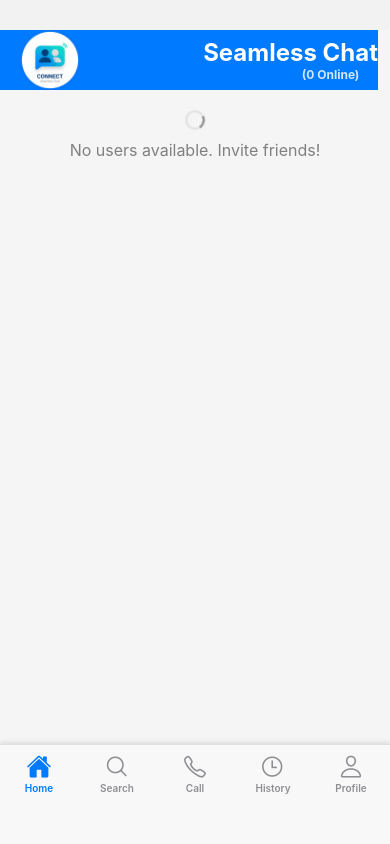
Repository: UdayRaj04/Chatapp_native
Screen: /MainTabs (app in ChatAppFrontend/)
These files come from the project's save history. The screen is drawn as it stood at one moment and after a run of saves; the edit follows.
The app was drawn by React Native's web renderer in a window 390 px wide. The project was rebuilt for these pictures with package versions that can differ from the ones it lists, and the page was loaded fresh each time. Some packages were replaced by stand-ins written for this rebuild. Also part of the build but not shown: ChatAppFrontend/screens/RegisterScreen.tsx, ChatAppFrontend/screens/ChatScreen.tsx, ChatAppFrontend/screens/SearchScreen.tsx, ChatAppFrontend/screens/AnalyticsScreen.tsx, ChatAppFrontend/screens/HistoryScreen.tsx, ChatAppFrontend/screens/ProfileScreen.tsx.

Above is the screen before, as saved 2025-09-09 18:02:12.

After the next 3 saves:
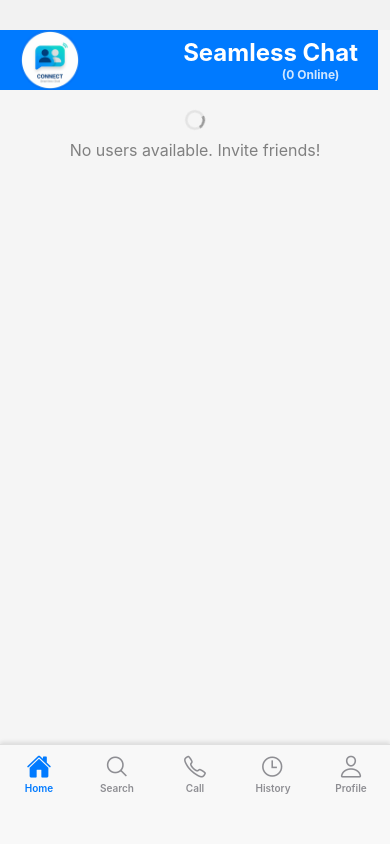
The 3 saves are shown as one change because they came seconds apart.
The last was saved 6 s later.
--- a/ChatAppFrontend/screens/ChatListScreen.tsx
+++ b/ChatAppFrontend/screens/ChatListScreen.tsx
@@ -176,7 +176,7 @@ export default function ChatListScreen({ navigation }: { navigation: any }) {
   return (
     <View style={styles.container}>
       <View style={{
-       paddingLeft: 20,
+       paddingLeft: 20,paddingRight:20,
   flexDirection: 'row',       // 👈 Arrange items in a row
   alignItems: 'center',       // 👈 Vertically center icon & text
   marginRight: 12,
